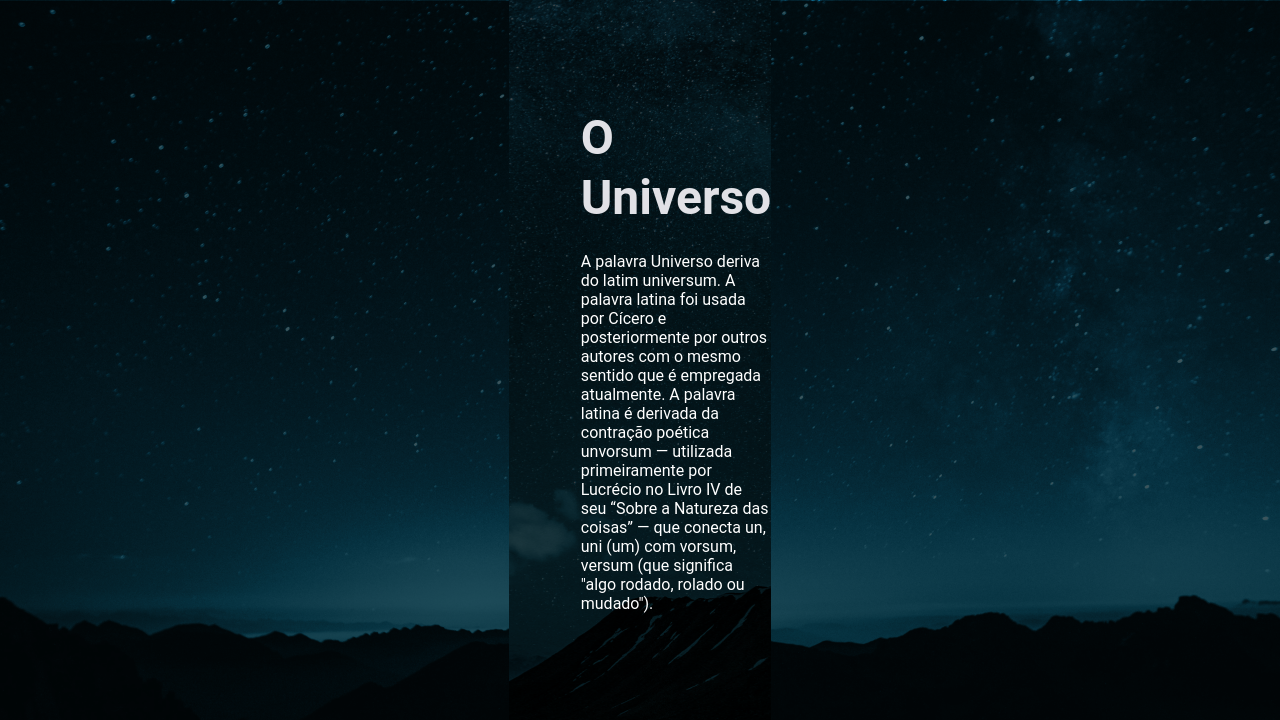
Repository: eltonneiferson/spaUniverse
Page: universe.html
These files come from the project's save history. The page is drawn as it stood at one moment and after the next save; the edit follows.
The browser window is 1280 px wide. The pictures show the whole page.

Above is the page before, as saved 2022-10-26 22:58:39.

### universe.html
<head>
    <link rel="stylesheet" href="index.css">
</head>

<main id="universe">
    <h1>O Universo</h1>
    <p>A palavra Universo deriva do latim universum. A palavra latina foi usada por Cícero e posteriormente por outros autores com o mesmo sentido que é empregada atualmente. A palavra latina é derivada da contração poética unvorsum — utilizada primeiramente por Lucrécio no Livro IV de seu “Sobre a Natureza das coisas” — que conecta un, uni (um) com vorsum, versum (que significa "algo rodado, rolado ou mudado").</p>
</main>

### index.css
* {
    margin: 0;
    padding: 0;
    box-sizing: border-box;
    text-decoration: none;
}

:root {
    --default-font-color: white;
    --font-color-link: #C4C4CC;
    --font-color-h1: #E1E1E6;
    --font-color-hover-button: #02799D;
    --default-font: 'Roboto', sans-serif;
}

body {
    min-height: 100vh;
    background-image: url(bkg1.png);
    background-position: bottom;
    background-size: cover;
    color: var(--default-font-color);
    font-family: var(--default-font);
    display: grid;
    place-content: center;
}

nav {
    padding: 40px 72px;
    display: flex;
    gap: 2rem;
    align-items: center;
    position: fixed;
}

nav a {
    color: var(--font-color-link);
    line-height: 1.37rem;
    font-size: 1.41rem;
}

nav a:hover {
    color: var(--default-font-color);
    font-weight: bold;
}

main {
    display: grid;
    gap: 24px;
    place-items: center;
}

main#universe {
    background-image: url(bkg2.png);
    background-size: cover;
    background-position: bottom;
    min-height: 100vh;
    padding-left: 72px;
    display: flex;
    flex-direction: column;
    align-items: flex-start;
    justify-content: center;
}

main#universe {
    width: min-content;
}

main h1 {
    color: var(--font-color-h1);
    font-size: 48px;
    line-height: 125%;
}

main button {
    cursor: pointer;
    background: none;
    border: 2px solid var(--default-font-color);
    border-radius: 5px;
    padding: 12px 32px;
    color: var(--default-font-color);
    font-family: 'Roboto';
    font-weight: 700;
    font-size: 14px;
    line-height: 24px;
}

main button:hover {
    background: var(--default-font-color);
    color: var(--font-color-hover-button);
}

After the next save:
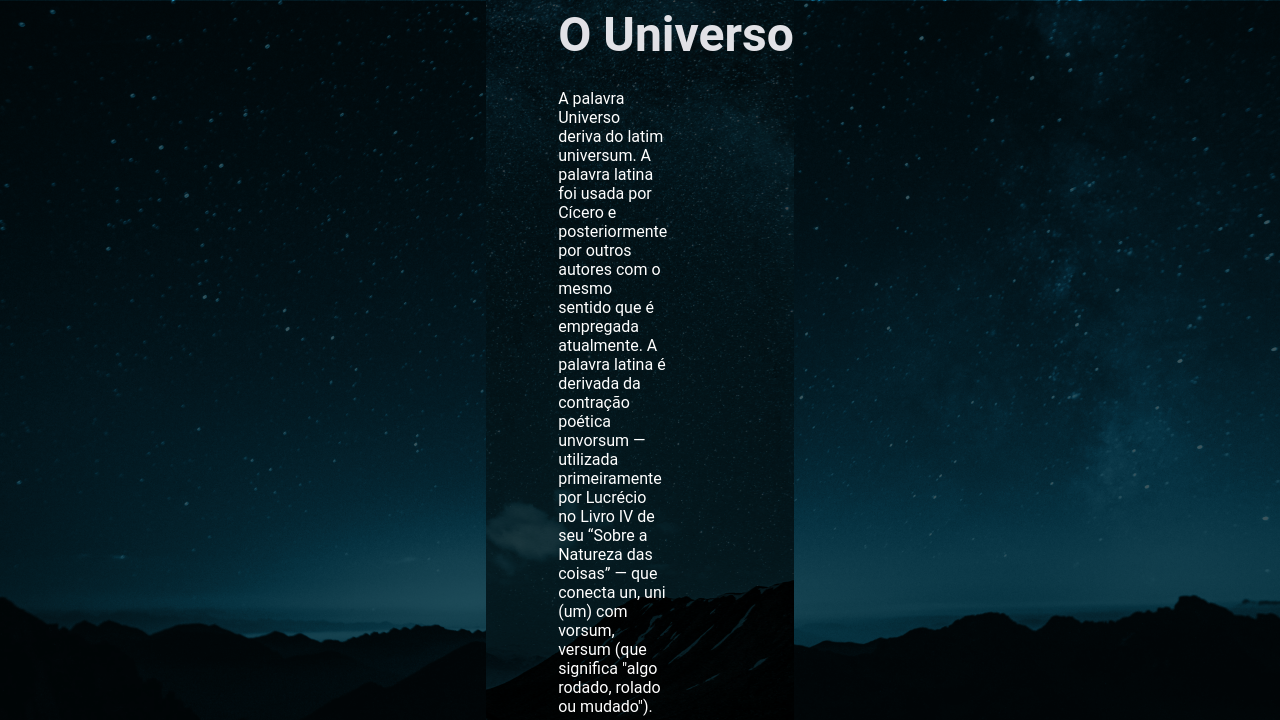
Saved 7 s later.
--- a/index.css
+++ b/index.css
@@ -61,7 +61,7 @@ main#universe {
     justify-content: center;
 }
 
-main#universe {
+main#universe p {
     width: min-content;
 }
 
